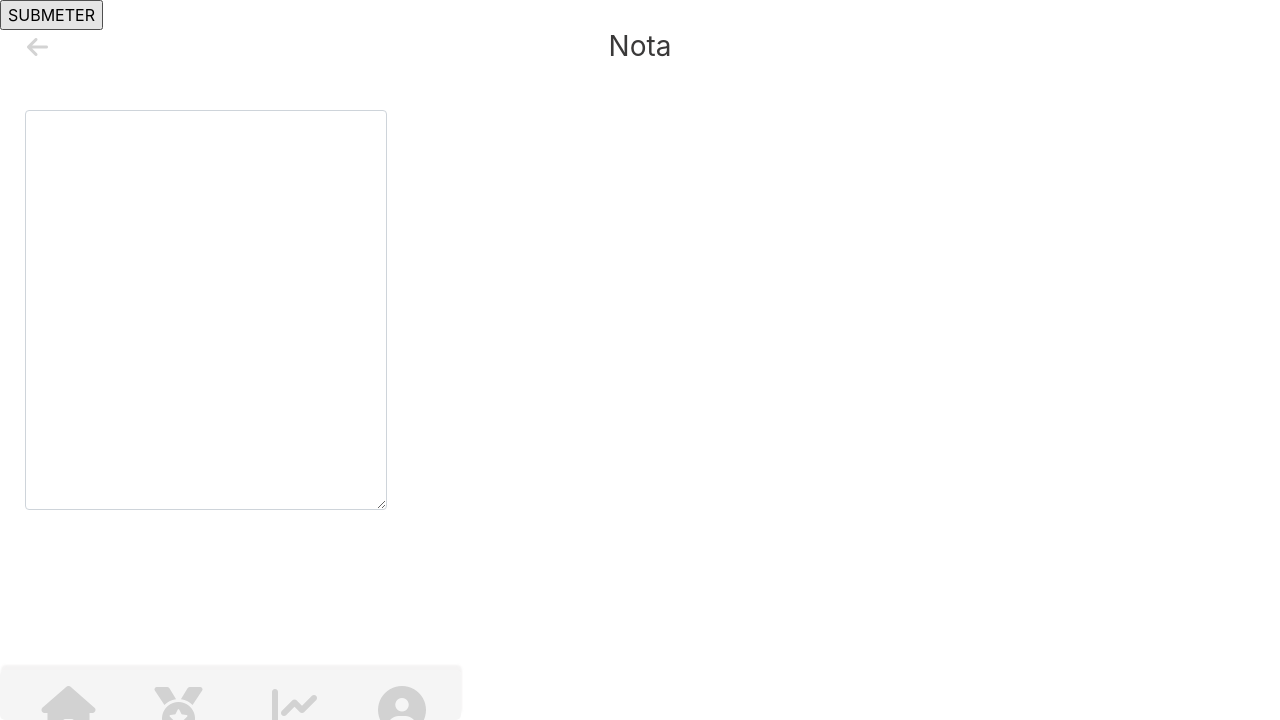
Repository: grupodetrabalhoeficiente/D213
Page: D213/Frontend/Notas.html
The author's editor kept a record of every edit. The page is drawn from the files as they stood at one moment, then again after the next edit.
The browser window is 1280 px wide. The pictures show the whole page.
Some web libraries are served in a nearby version.

Above is the page before.

### D213/Frontend/Notas.html
<!DOCTYPE html>
<html>

<head>
    <meta name="viewport" content="width=device-width, initial-scale=1, maximum-scale=1, user-scalable=no">
    <meta charset="utf-8">
    <link href="https://fonts.googleapis.com/css?family=Inter&display=swap" rel="stylesheet" />
    <link href="https://fonts.googleapis.com/css?family=PT+Sans&display=swap" rel="stylesheet" />
    <link href="Notas.css" rel="stylesheet" />
    <script src="https://kit.fontawesome.com/e195162fd2.js" crossorigin="anonymous"></script>
    <link rel="stylesheet" href="https://stackpath.bootstrapcdn.com/bootstrap/4.5.2/css/bootstrap.min.css" integrity="sha384-JcKb8q3iqJ61gNV9KGb8thSsNjpSL0n8PARn9HuZOnIxN0hoP+VmmDGMN5t9UJ0Z" crossorigin="anonymous">
    <title>Secure4All</title>
</head>

<body>
<div class="screen">
    <span class="title">Nota</span>
    <a href="MenuOcorrencia.html"><i id="goBack"class="fas fa-arrow-left fa-2x"></i></a>
    <!---->
    <form id="form-notas"class="form-group" name="form-notas" action="https://bdc5dcf6bca04b39ab10a706cdb79f29.vfs.cloud9.us-east-1.amazonaws.com/occurrences/:id_occurrence/notes" method="POST">
    <textarea id="NotaTexto"name ="description" type="textarea" class="Notas form-control" ></textarea>
    <!--botao confirmar-->
    <input id="submit" type ="button" class="SubmeterClass" id="SubmeterId" value="SUBMETER" onclick="Submeter()"></input>
    </form>
    <!--menubar-->
    <nav class="menubar fixed-bottom">
        <ul class="nav navbar-nav">
            <li><a href="MenuPrincipal.html"><i class="fa fa-home fa-3x"></i></a></li>
            <li><a href="RanksUpdate.html"><i class="fa fa-medal fa-3x"></i></a></li>
            <li><a href="HistoricoOcorrencias.html"><i class="fa fa-chart-line fa-3x"></i></a></li>
            <li><a href="PerfilUpdate.html"><i class="fas fa-user-circle fa-3x"></i></a></li>
        </ul>
    </nav>
</div>
  <script src="https://code.jquery.com/jquery-3.5.1.slim.min.js" integrity="sha384-DfXdz2htPH0lsSSs5nCTpuj/zy4C+OGpamoFVy38MVBnE+IbbVYUew+OrCXaRkfj" crossorigin="anonymous"></script>
  <script src="https://cdn.jsdelivr.net/npm/bootstrap@4.5.3/dist/js/bootstrap.bundle.min.js" integrity="sha384-ho+j7jyWK8fNQe+A12Hb8AhRq26LrZ/JpcUGGOn+Y7RsweNrtN/tE3MoK7ZeZDyx" crossorigin="anonymous"></script>
  <script type="text/javascript" src="./fetch/note.controller.js"></script>
  <script type="text/javascript" src="Notas.js"></script>
</body>

</html>

### D213/Frontend/Notas.css

.title {
    position: absolute;
    color: rgb(58 57 57);
    width: 100%;
    top: 25px;
    font-size: 28px;
    font-family: INHERIT;
    text-align: center;
}
.fa-arrow-left {
    opacity: 1;
    z-index:1;
    color:black;
    position: absolute;
}
.fa-arrow-left:hover {
  color: red;
  text-decoration: none;
}
/*area de texto*/

.Notas {
  width: 362px!important;
  height: 400px!important;
  background: rgba(246,246,246,1);
  opacity: 1;
  position: absolute;
  top: 110px;
  left: 25px;
  border: 1px solid rgba(122,122,122,1);
}

.fa-home {
    opacity: 1;
    position: absolute;
    top: 16px!important;
    left: 9%;
    z-index: 2;
    color: #d2d2d2;
}

.fa-medal {
    opacity: 1;
    position: absolute;
    left: 33.5%;
    z-index: 2;
    top: 17px!important;
    color: #d2d2d2;
}

.fa-chart-line {
    opacity: 1;
    position: absolute;
    left: 59%;
    z-index: 2;
    top: 16px!important;
    color: #d2d2d2;
}

.fa-user-circle {
    opacity: 1;
    position: absolute;
    left: 82%;
    z-index: 2;
    top: 16px!important;
    color: #d2d2d2;
}

#goBack {
     position: absolute;
top: 35px;
    left: 27px;
    font-size: 24px;
    color: lightgray;
}

.fixed-bottom {
    position: fixed;
    background-color: #ececec82;
    top: 670px;
    left: 1px;
    width: 461px;
    box-shadow: 1px -5px 2px rgb(222 221 221 / 34%);
    border-top-left-radius: 5px;
    border-top-right-radius: 5px;
    border-bottom-left-radius: 5px;
    border-bottom-right-radius: 5px;
}
/*          */

### D213/Frontend/fetch/note.controller.js
const id_occurrence = localStorage.getItem('id_occurrence_in_progress');
document.getElementById("submit").onclick = function(e) {
    //validação do formulário ao submeter
    saveNotes();
};
let back = document.getElementById("goBack");
back.onclick = goBack;

function goBack() {
    window.history.back();
}
function saveNotes() {
    let data = {};
    data.description = document.getElementById("NotaTexto").value;
    console.log(data); //debugging para ver os dados que foram enviados
    //chamada fetch para envio dos dados para o servior via POST
    fetch('https://d213.herokuapp.com/occurrences/' + id_occurrence + '/notes', {
        headers: { 'Content-Type': 'application/json' },
        method: 'POST',
        body: JSON.stringify(data)
    }).then(function(response) {
        if (!response.ok) {
            console.log(response.status); //=> number 100–599
            console.log(response.statusText); //=> String
            console.log(response.headers); //=> Headers
            console.log(response.url); //=> String
            if (response.status === 409) {
                alert("Duplicated Email");
            }
            else {
                throw Error(response.statusText);
            }
        }
        else {
            document.getElementById("form-notas").reset(); //limpeza dos dados do form
            alert("submitted with success");
        }
    }).then(function(result) {
        console.log(result);
    }).catch(function(err) {
        alert("Submission error");
        console.error(err);
    });
}

Loaded but not shown: D213/Frontend/Notas.js (no stored copy; drawn as an empty file)

After the next edit:
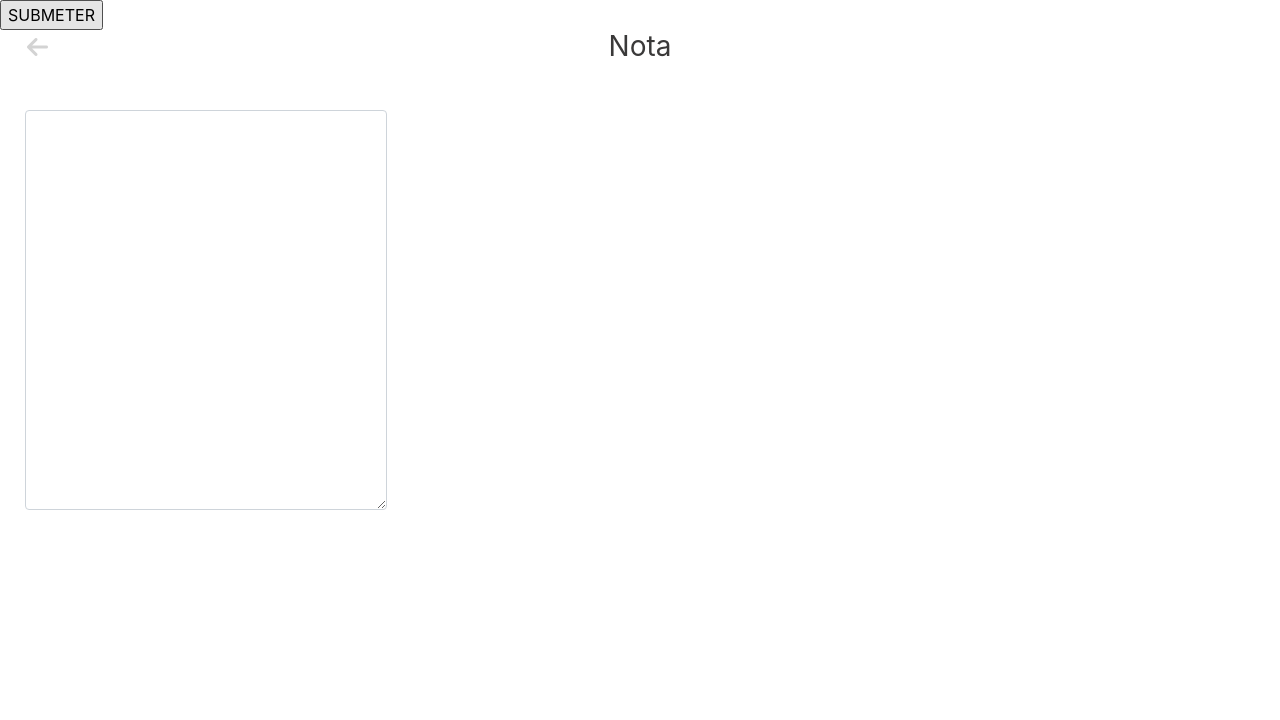
The edit:
--- a/D213/Frontend/Notas.css
+++ b/D213/Frontend/Notas.css
@@ -74,17 +74,3 @@
     font-size: 24px;
     color: lightgray;
 }
-
-.fixed-bottom {
-    position: fixed;
-    background-color: #ececec82;
-    top: 670px;
-    left: 1px;
-    width: 461px;
-    box-shadow: 1px -5px 2px rgb(222 221 221 / 34%);
-    border-top-left-radius: 5px;
-    border-top-right-radius: 5px;
-    border-bottom-left-radius: 5px;
-    border-bottom-right-radius: 5px;
-}
-/*          */
